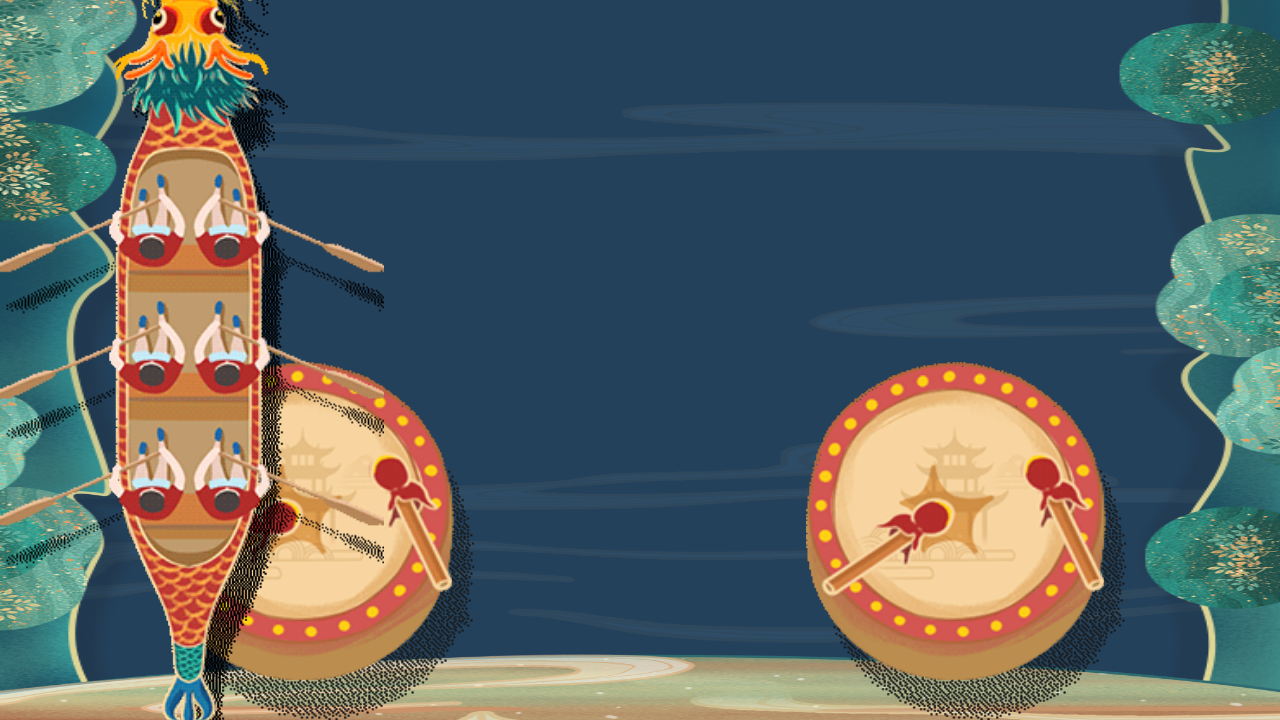
Repository: liushiwei151/hhl_dragon_boat_festival
Page: /Game
An editor plug-in stored every save of this project. The page is shown before and after the next save, followed by the edit.
The browser window is 1280 px wide. The pictures show the whole page.
An inner scrolling area shows only its first screen. The project was rebuilt for these pictures with package versions that can differ from the ones it lists, and the page was loaded fresh each time. Also part of the build but not shown: vue.config.js, src/views/Home.vue.

Above is the page before, as saved 2020-06-05 17:17:16.

### src/main.ts
import Vue from "vue";
import App from "./App.vue";
import router from "./router";
import { myCustom } from "./common/custom";

Vue.config.productionTip = false;

Vue.use(myCustom);

new Vue({
  router,
  render: h => h(App)
}).$mount("#app");

### src/common/custom.ts
/**
 * longTap 长按
 */

/* eslint-disable */
let myCustom: any = {};
let timeCounter: any;

function custom(Vue: any, options: any) {
  let timeNum = 0; //定时器计数
  let isLong = false; //长按标志

  Vue.directive("longTap", {
    bind(el: any, binding: any, vNode: any) {
      let pressTime = ~~binding.arg; //长按时常 毫秒
      if (!pressTime) {
        pressTime = 500;
      } //初始化默认时长
      // 确保提供的表达式是函数
      if (typeof binding.value !== "function") {
        // 获取组件名称
        const compName = vNode.context.name;
        // 将警告传递给控制台
        let error = `[longpress:] provided expression '${binding.expression}' is not a function`;
        if (compName) {
          error += `Found in component '${compName}' `;
        }
        console.error(error);
      }
      el.addEventListener("touchstart", (event: any) => {
        isLong = false;
        timeCounter = setTimeout(() => {
          isLong = true;
          console.log();
          binding.value(el.getBoundingClientRect());
        }, pressTime);
      });
      el.addEventListener("touchend", (event: any) => {
        clearInterval(timeCounter);
      });
    }
  });
}
myCustom = {
  install: custom
};
// myCustom.install = custom;
export { myCustom };

### src/components/tips.vue
<template>
  <div class="tips" v-show="val !== false">
    <span class="text" v-show="val !== 'wait'">{{ val }}</span>
    <div class="wait" v-show="val === 'wait'"></div>
  </div>
</template>

<script lang="ts">
import { Component, Vue, Prop } from "vue-property-decorator";
@Component({})
export default class Tips extends Vue {
  @Prop() val!: string | boolean;

  mounted(): void {
    // console.log(this.val === false);
  }
}
</script>

<style lang="less" scoped>
.tips {
  position: fixed;
  width: 100%;
  height: 100%;
  z-index: 9999;
  left: 0;
  top: 0;
  display: flex;
  justify-content: center;
  align-items: center;
  .wait {
    background: url(../assets/loading-2.gif) no-repeat;
    width: 10vw;
    height: 10vw;
    background-size: 100% 100%;
  }
  .text {
    background-color: rgba(0, 0, 0, 0.6);
    border-radius: 1vw;
    max-width: 90vw;
    padding: 2vw 5vw;
    color: #fff;
    word-break: break-all;
  }
}
</style>

### src/views/Game.vue
<template>
  <div class="game">
    <div class="gameBG"></div>
    <div class="fixedBG">
      <div
        class="leftDrum drum"
        @click="swichDrum(1)"
        v-longTap="leftLong"
        @touchend="handleTouchEnd"
        :style="{ backgroundImage: 'url(' + gdUrl + ')' }"
      >
        <div
          class="drum"
          :style="{ backgroundImage: 'url(' + imgUrl + ')' }"
        ></div>
      </div>
      <div
        class="leftDrum drum"
        @click="swichDrum(2)"
        v-longTap="rightLong"
        @touchend="handleTouchEnd"
        :style="{ backgroundImage: 'url(' + gdUrl + ')' }"
      >
        <div
          class="drum"
          :style="{ backgroundImage: 'url(' + imgUrl1 + ')' }"
        ></div>
      </div>
    </div>
    <div class="longzhouBox">
      <div class="longzhou"></div>
    </div>
  </div>
</template>

<script lang="ts">
import { Component, Vue, Inject } from "vue-property-decorator";
@Component({})
export default class Game extends Vue {
  @Inject()
  private isTip!: Function;

  imgName = "gu1";
  imgName1 = "gu1";
  gdName = "gu1";
  setInterObejct: any;
  setInterObejct1: any;

  get imgUrl(): string {
    const a = require("../assets/" + this.imgName + ".png");
    return a;
  }
  get imgUrl1(): string {
    const a = require("../assets/" + this.imgName1 + ".png");
    return a;
  }
  get gdUrl(): string {
    const a = require("../assets/" + this.gdName + ".png");
    return a;
  }

  swichDrum(e: number) {
    if (e === 1) {
      if (this.imgName === "gu1") {
        this.imgName = "gu2";
      } else {
        this.imgName = "gu1";
      }
    } else if (e === 2) {
      if (this.imgName1 === "gu1") {
        this.imgName1 = "gu2";
      } else {
        this.imgName1 = "gu1";
      }
    }
  }

  leftLong() {
    const self = this;
    this.setInterObejct = setInterval(() => {
      if (this.imgName === "gu1") {
        this.imgName = "gu2";
      } else {
        this.imgName = "gu1";
      }
    }, 200);
  }
  handleTouchEnd() {
    if (this.setInterObejct) {
      clearInterval(this.setInterObejct);
    }
    if (this.setInterObejct1) {
      clearInterval(this.setInterObejct1);
    }
  }
  rightLong() {
    const self = this;
    this.setInterObejct = setInterval(() => {
      if (this.imgName1 === "gu1") {
        this.imgName1 = "gu2";
      } else {
        this.imgName1 = "gu1";
      }
    }, 200);
  }
}
</script>

<style lang="less" scoped>
@bg100: {
  position: fixed;
  top: 0;
  left: 0;
  background-size: 100% 100%;
  width: 100%;
  height: 100%;
};
@keyframes scrollBG {
  0% {
    transform: translateY(0);
  }
  100% {
    transform: translateY(-50%);
  }
}
@keyframes play {
  from {
    background-position: 0 0;
  }
  to {
    background-position: -94vw 0;
  }
}
.game {
  width: 100%;
  height: 100%;
  .longzhouBox {
    background: url(../assets/longBg.png) no-repeat;
    background-size: 100% 100%;
    width: 31.333vw;
    height: 68.133vw;
    position: relative;
    bottom: 10vh;
    width: 30vw;
    .longzhou {
      background: url(../assets/long.png) no-repeat;
      background-size: 300% 100%;
      width: 100%;
      height: 100%;
      background-position: 0 0;
      animation: play 0.5s steps(3) infinite;
      position: absolute;
    }
  }
  .fixedBG {
    background: url(../assets/gameBG2.png) no-repeat;
    @bg100();
    display: flex;
    justify-content: space-between;
    align-items: flex-end;
    box-sizing: border-box;
    padding: 0 12vw;
    .drum {
      width: 25vw;
      height: 28vw;
      background-size: 100% 100%;
    }
    .leftDrum {
    }
    .rightDrum {
    }
  }
  .gameBG {
    background: url(../assets/gameBG.png);
    position: fixed;
    top: 0;
    left: 0;
    background-size: 100% 50%;
    width: 100%;
    height: 200%;
    z-index: -1;
    animation: scrollBG 4s linear infinite;
  }
}
</style>

Loaded but not shown: public/index.html (common file); src/App.vue (common file); src/router/index.ts (common file)

After the next save:
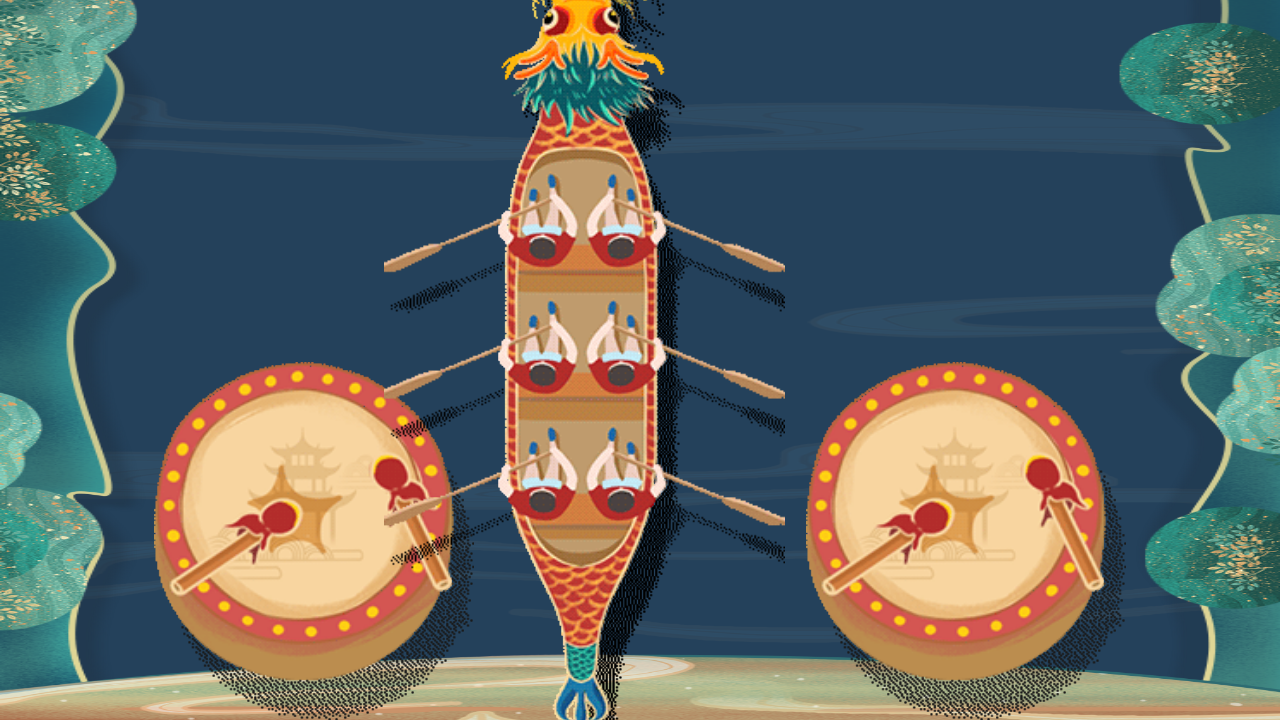
Saved 12 s later.
--- a/src/views/Game.vue
+++ b/src/views/Game.vue
@@ -141,7 +141,7 @@ export default class Game extends Vue {
     height: 68.133vw;
     position: relative;
     bottom: 10vh;
-    width: 30vw;
+    left: 30vw;
     .longzhou {
       background: url(../assets/long.png) no-repeat;
       background-size: 300% 100%;
